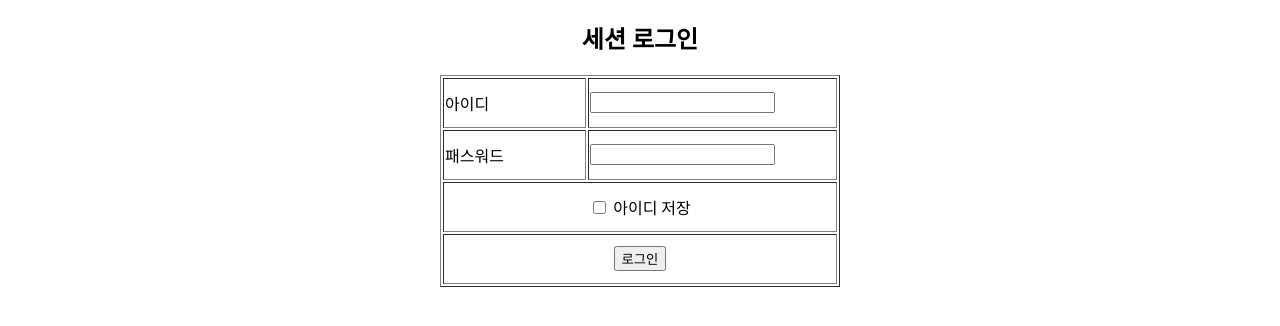
Repository: kdw1437/CreateBoardProject
Page: http://localhost/CookieSession/SessionLoginForm.jsp
An editor plug-in stored every save of this project. The page is shown before and after the next save, followed by the edit.
The browser window is 1280 px wide. The pictures show the whole page.
The page is served by Tomcat 9.

Above is the page before, as saved 2024-08-07 00:44:18.

After the next save:
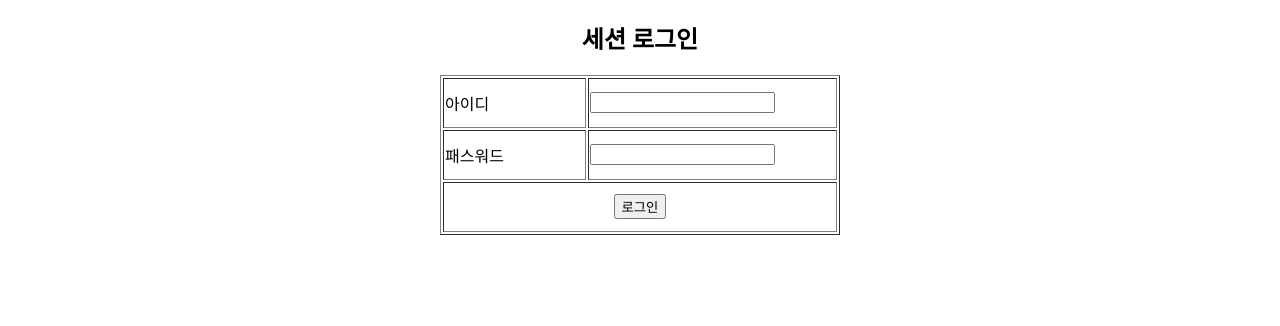
Saved 2 min 8 s later.
--- a/CookieSession/src/main/webapp/SessionLoginForm.jsp
+++ b/CookieSession/src/main/webapp/SessionLoginForm.jsp
@@ -21,9 +21,6 @@
 		<td width="250"><input type="password" name="pass"></td>
 	</tr>
 	<tr height="50">
-		<td colspan="2" align="center"> <input type="checkbox" name="save" value="1">  아이디 저장 </td>
-	</tr>
-	<tr height="50">
 		<td colspan="2" align="center"> <input type="submit" value="로그인"> </td>
 	</tr>
 	</table>
